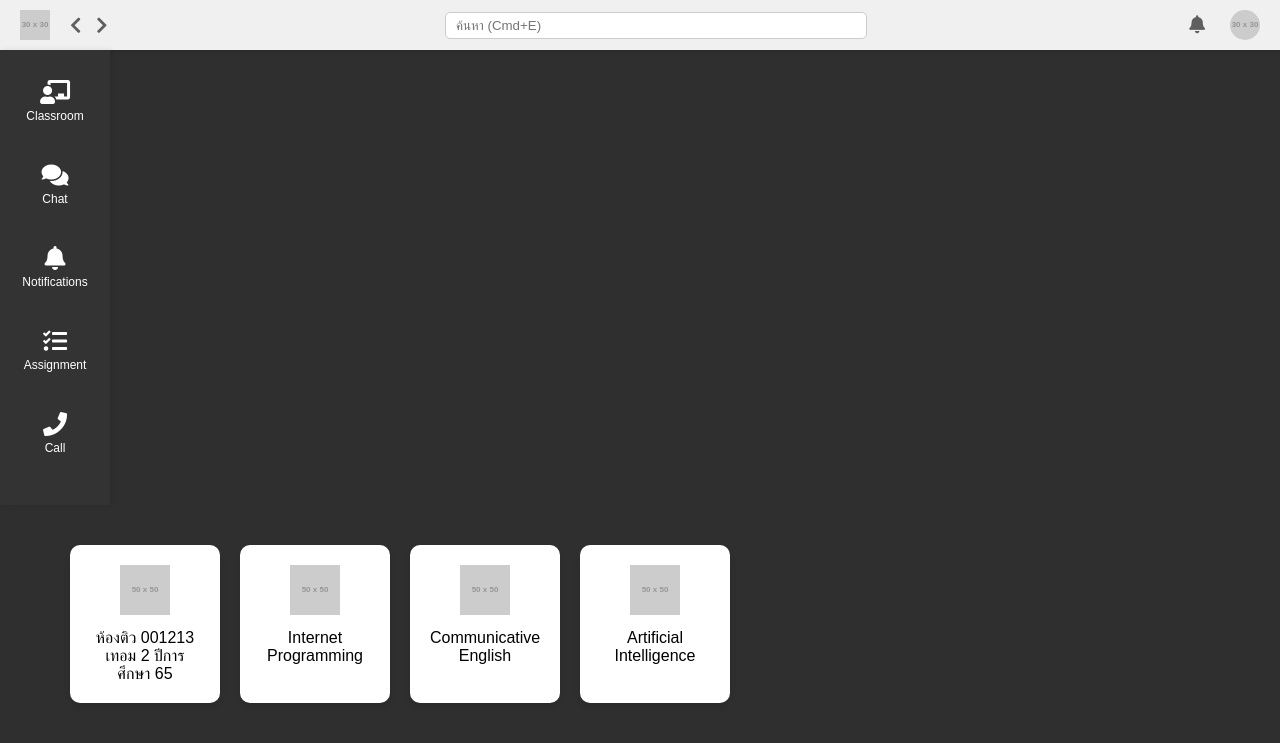
Repository: praifas16/ProPro
Page: docs/studenthead.html
The author's editor kept a copy of each file at every save. The page is drawn from the files as they stood at one save, then again after the next save.
The browser window is 1280 px wide. The pictures show the whole page.

Above is the page before, as saved 2024-08-21 20:31:54.

### docs/studenthead.html
<!DOCTYPE html>
<html lang="th">
  <head>
    <link rel="stylesheet" href="https://cdnjs.cloudflare.com/ajax/libs/font-awesome/5.15.4/css/all.min.css">
    <meta charset="UTF-8" />
    <meta name="viewport" content="width=device-width, initial-scale=1.0" />
    <title>My Dashboard</title>
    <style>
      body {
        font-family: Arial, sans-serif;
        margin: 0;
        padding: 0;
        background-color: #2f2f2f;
        display: flex;
        flex-direction: column;
        height: 100vh;
      }

      /* แถบเมนูด้านบน */
      .topbar {
        background-color: #f0f0f0;
        padding: 10px 20px;
        display: flex;
        align-items: center;
        justify-content: space-between;
        box-shadow: 0px 2px 4px rgba(0, 0, 0, 0.1);
      }

      .topbar .left-section {
        display: flex;
        align-items: center;
      }

      .topbar .left-section .logo {
        display: flex;
        align-items: center;
        margin-right: 20px;
      }

      .topbar .left-section .logo img {
        width: 30px;
        height: 30px;
      }

      .topbar .left-section .navigation {
        display: flex;
        align-items: center;
      }

      .topbar .left-section .navigation i {
        font-size: 18px;
        color: #5f5f5f;
        margin-right: 15px;
        cursor: pointer;
      }

      .topbar .search-bar {
        flex-grow: 1;
        display: flex;
        justify-content: center;
      }

      .topbar .search-bar input {
        width: 400px;
        padding: 5px 10px;
        border-radius: 5px;
        border: 1px solid #ccc;
        background-color: #fff;
        color: #333;
      }

      .topbar .user-section {
        display: flex;
        align-items: center;
      }

      .topbar .user-section img {
        width: 30px;
        height: 30px;
        border-radius: 50%;
        margin-left: 10px;
      }

      .topbar .user-section .notification {
        margin-right: 15px;
        position: relative;
        font-size: 18px;
        color: #5f5f5f;
        cursor: pointer;
      }

      /* เมนูแถบข้าง */
      .sidebar {
        width: 70px;
        background-color: #333;
        color: white;
        height: calc(100vh - 60px); /* Adjusted to take into account the topbar height */
        padding: 20px 20px;
        box-shadow: 2px 0 5px rgba(0, 0, 0, 0.1);
        display: flex;
        flex-direction: column;
        align-items: center;
      }

      .menu-items {
        margin-top: 0px; /* เพิ่มระยะห่างด้านบน เพื่อให้ตรงกับบ็อกสี่เหลี่ยม */
      }

      .sidebar a {
        display: flex;
        flex-direction: column;
        align-items: center;
        color: white;
        padding: 10px;
        text-decoration: none;
        margin-bottom: 20px;
        font-size: 12px;
        text-align: center;
      }

      .sidebar a:hover {
        background-color: #5f5f5f;
        border-radius: 4px;
        width: 80%;
        text-align: center;
      }

      .sidebar i {
        font-size: 24px;
        margin-bottom: 5px;
      }

      /* โครงสร้างหน้าเว็บหลัก */
      .main-content {
        flex-grow: 1;
        padding: 20px 20px 20px 50px; /* เพิ่ม padding ด้านซ้ายเพื่อให้เนื้อหาหลักอยู่ในระนาบเดียวกัน */
      }

      .container {
        display: grid;
        grid-template-columns: repeat(auto-fill, minmax(150px, 1fr));
        gap: 20px;
        padding: 20px;
      }

      .card {
        background-color: #ffffff;
        border-radius: 10px;
        box-shadow: 0 4px 6px rgba(0, 0, 0, 0.1);
        text-align: center;
        padding: 20px;
        transition: transform 0.3s;
      }

      .card:hover {
        transform: scale(1.05);
      }

      .card img {
        width: 50px;
        height: 50px;
        margin-bottom: 10px;
      }

      .card p {
        margin: 0;
        font-size: 16px;
      }
    </style>
  </head>
  <body>
    <!-- แถบเมนูด้านบน -->
    <div class="topbar">
      <div class="left-section">
        <div class="logo">
          <img src="https://via.placeholder.com/30" alt="Logo" />
        </div>
        <div class="navigation">
          <i class="fas fa-chevron-left"></i>
          <i class="fas fa-chevron-right"></i>
        </div>
      </div>
      <div class="search-bar">
        <input type="text" placeholder="ค้นหา (Cmd+E)" />
      </div>
      <div class="user-section">
        <div class="notification">
          <i class="fa fa-bell"></i>
        </div>
        <img src="https://via.placeholder.com/30" alt="User Avatar" />
      </div>
    </div>

    <!-- เมนูแถบข้าง -->
    <div class="sidebar">
      <div class="menu-items">
        <a href="#"
          ><i class="fa fa-chalkboard-teacher"></i><span>Classroom</span></a
        >
        <a href="#"><i class="fa fa-comments"></i><span>Chat</span></a>
        <a href="#"><i class="fa fa-bell"></i><span>Notifications</span></a>
        <a href="#"><i class="fa fa-tasks"></i><span>Assignment</span></a>
        <a href="#"><i class="fa fa-phone"></i><span>Call</span></a>
      </div>
    </div>

    <!-- เนื้อหาหลัก -->
    <div class="main-content">
      <div class="container">
        <div class="card">
          <img src="https://via.placeholder.com/50" alt="icon" />
          <p>ห้องติว 001213 เทอม 2 ปีการศึกษา 65</p>
        </div>
        <div class="card">
          <img src="https://via.placeholder.com/50" alt="icon" />
          <p>Internet Programming</p>
        </div>
        <div class="card">
          <img src="https://via.placeholder.com/50" alt="icon" />
          <p>Communicative English</p>
        </div>
        <div class="card">
          <img src="https://via.placeholder.com/50" alt="icon" />
          <p>Artificial Intelligence</p>
        </div>
        <!-- เพิ่มเติม Card อื่น ๆ ตามต้องการ -->
      </div>
    </div>
  </body>
</html>

After the next save:
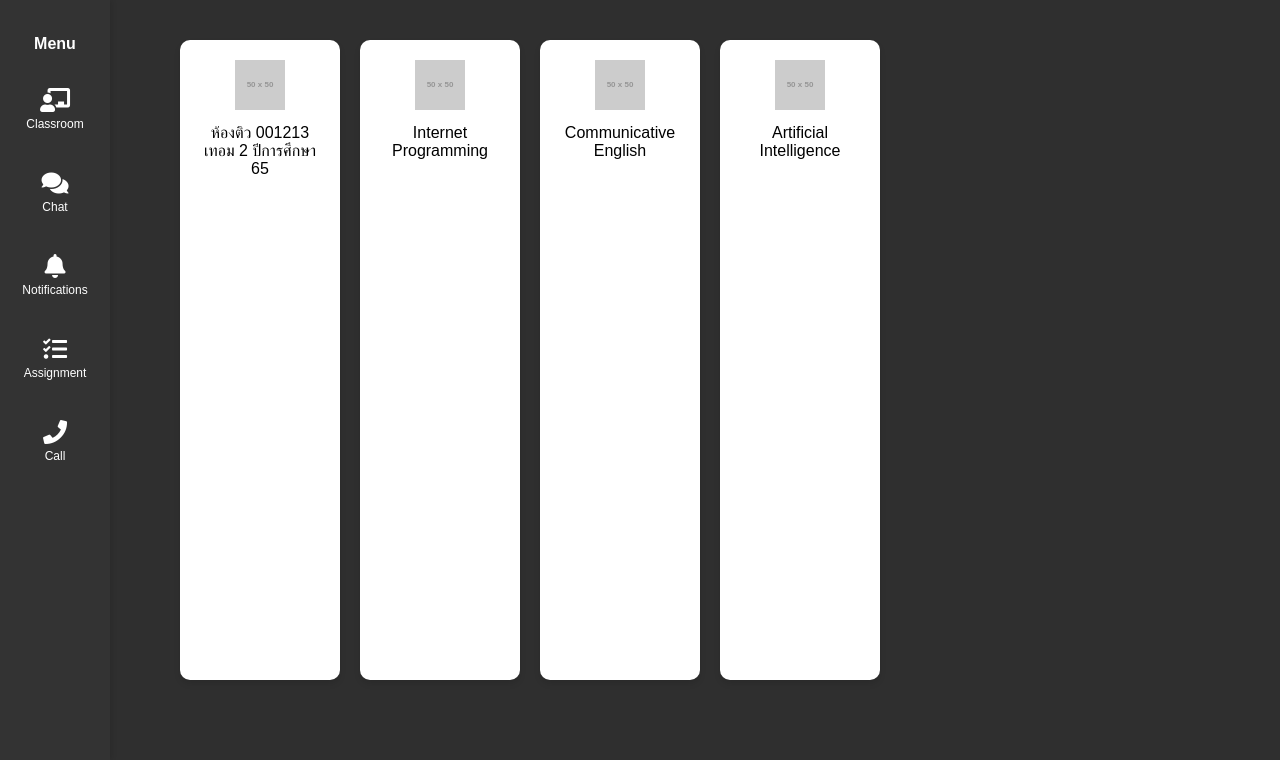
Saved 2 min 24 s later.
--- a/docs/studenthead.html
+++ b/docs/studenthead.html
@@ -12,81 +12,7 @@
         padding: 0;
         background-color: #2f2f2f;
         display: flex;
-        flex-direction: column;
         height: 100vh;
-      }
-
-      /* แถบเมนูด้านบน */
-      .topbar {
-        background-color: #f0f0f0;
-        padding: 10px 20px;
-        display: flex;
-        align-items: center;
-        justify-content: space-between;
-        box-shadow: 0px 2px 4px rgba(0, 0, 0, 0.1);
-      }
-
-      .topbar .left-section {
-        display: flex;
-        align-items: center;
-      }
-
-      .topbar .left-section .logo {
-        display: flex;
-        align-items: center;
-        margin-right: 20px;
-      }
-
-      .topbar .left-section .logo img {
-        width: 30px;
-        height: 30px;
-      }
-
-      .topbar .left-section .navigation {
-        display: flex;
-        align-items: center;
-      }
-
-      .topbar .left-section .navigation i {
-        font-size: 18px;
-        color: #5f5f5f;
-        margin-right: 15px;
-        cursor: pointer;
-      }
-
-      .topbar .search-bar {
-        flex-grow: 1;
-        display: flex;
-        justify-content: center;
-      }
-
-      .topbar .search-bar input {
-        width: 400px;
-        padding: 5px 10px;
-        border-radius: 5px;
-        border: 1px solid #ccc;
-        background-color: #fff;
-        color: #333;
-      }
-
-      .topbar .user-section {
-        display: flex;
-        align-items: center;
-      }
-
-      .topbar .user-section img {
-        width: 30px;
-        height: 30px;
-        border-radius: 50%;
-        margin-left: 10px;
-      }
-
-      .topbar .user-section .notification {
-        margin-right: 15px;
-        position: relative;
-        font-size: 18px;
-        color: #5f5f5f;
-        cursor: pointer;
       }
 
       /* เมนูแถบข้าง */
@@ -94,16 +20,24 @@
         width: 70px;
         background-color: #333;
         color: white;
-        height: calc(100vh - 60px); /* Adjusted to take into account the topbar height */
+        height: 100vh; /* ให้แถบข้างยาวถึงด้านล่าง */
         padding: 20px 20px;
         box-shadow: 2px 0 5px rgba(0, 0, 0, 0.1);
         display: flex;
         flex-direction: column;
         align-items: center;
+        justify-content: flex-start; /* เริ่มรายการเมนูจากด้านบน */
+      }
+
+      .menu-header {
+        margin-top: 15px; /* ขยับคำว่า Menu ลง */
+        margin-bottom: 25px; /* เว้นระยะห่างจากเมนูด้านล่าง */
+        font-size: 16px;
+        font-weight: bold;
       }
 
       .menu-items {
-        margin-top: 0px; /* เพิ่มระยะห่างด้านบน เพื่อให้ตรงกับบ็อกสี่เหลี่ยม */
+        flex-grow: 1; /* ให้รายการเมนูขยายเต็มที่ */
       }
 
       .sidebar a {
@@ -134,6 +68,9 @@
       .main-content {
         flex-grow: 1;
         padding: 20px 20px 20px 50px; /* เพิ่ม padding ด้านซ้ายเพื่อให้เนื้อหาหลักอยู่ในระนาบเดียวกัน */
+        display: flex;
+        flex-direction: column;
+        overflow-y: auto;
       }
 
       .container {
@@ -141,6 +78,7 @@
         grid-template-columns: repeat(auto-fill, minmax(150px, 1fr));
         gap: 20px;
         padding: 20px;
+        flex-grow: 1;
       }
 
       .card {
@@ -169,34 +107,11 @@
     </style>
   </head>
   <body>
-    <!-- แถบเมนูด้านบน -->
-    <div class="topbar">
-      <div class="left-section">
-        <div class="logo">
-          <img src="https://via.placeholder.com/30" alt="Logo" />
-        </div>
-        <div class="navigation">
-          <i class="fas fa-chevron-left"></i>
-          <i class="fas fa-chevron-right"></i>
-        </div>
-      </div>
-      <div class="search-bar">
-        <input type="text" placeholder="ค้นหา (Cmd+E)" />
-      </div>
-      <div class="user-section">
-        <div class="notification">
-          <i class="fa fa-bell"></i>
-        </div>
-        <img src="https://via.placeholder.com/30" alt="User Avatar" />
-      </div>
-    </div>
-
     <!-- เมนูแถบข้าง -->
     <div class="sidebar">
+      <div class="menu-header">Menu</div>
       <div class="menu-items">
-        <a href="#"
-          ><i class="fa fa-chalkboard-teacher"></i><span>Classroom</span></a
-        >
+        <a href="#"><i class="fa fa-chalkboard-teacher"></i><span>Classroom</span></a>
         <a href="#"><i class="fa fa-comments"></i><span>Chat</span></a>
         <a href="#"><i class="fa fa-bell"></i><span>Notifications</span></a>
         <a href="#"><i class="fa fa-tasks"></i><span>Assignment</span></a>

After the save that followed:
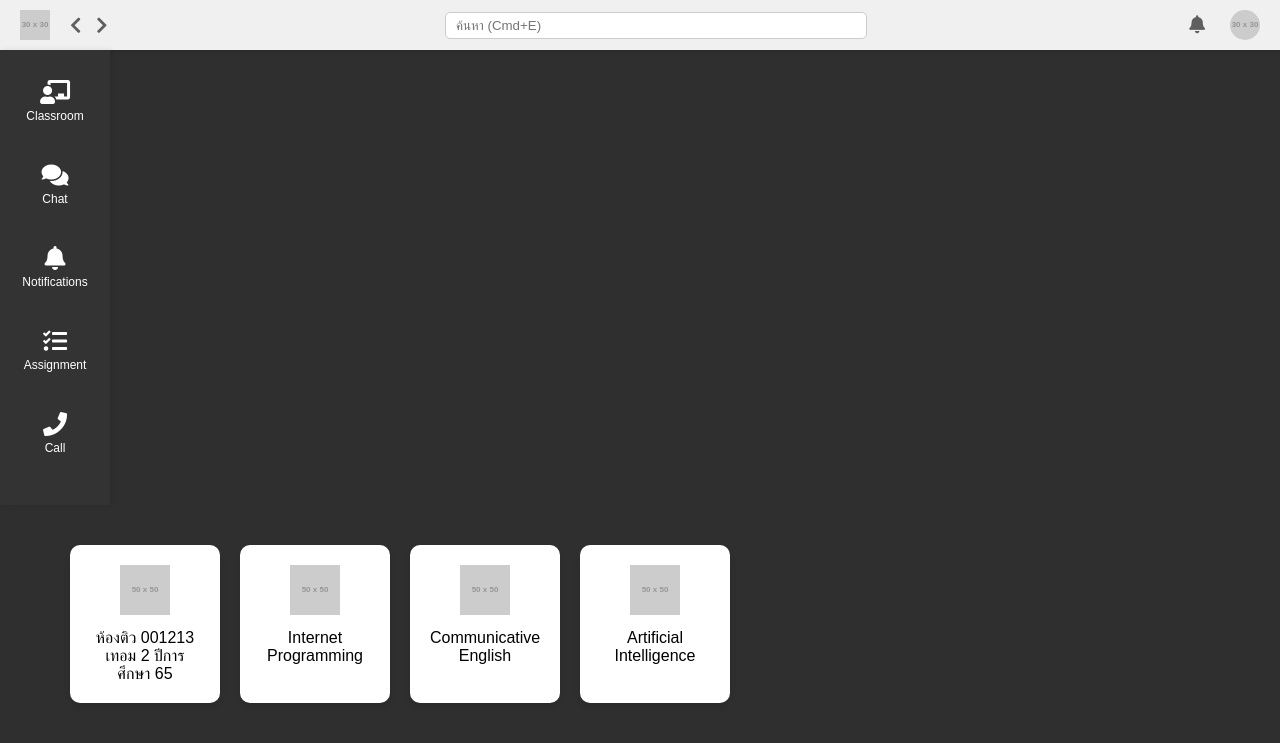
Saved 15 s later.
--- a/docs/studenthead.html
+++ b/docs/studenthead.html
@@ -12,7 +12,81 @@
         padding: 0;
         background-color: #2f2f2f;
         display: flex;
+        flex-direction: column;
         height: 100vh;
+      }
+
+      /* แถบเมนูด้านบน */
+      .topbar {
+        background-color: #f0f0f0;
+        padding: 10px 20px;
+        display: flex;
+        align-items: center;
+        justify-content: space-between;
+        box-shadow: 0px 2px 4px rgba(0, 0, 0, 0.1);
+      }
+
+      .topbar .left-section {
+        display: flex;
+        align-items: center;
+      }
+
+      .topbar .left-section .logo {
+        display: flex;
+        align-items: center;
+        margin-right: 20px;
+      }
+
+      .topbar .left-section .logo img {
+        width: 30px;
+        height: 30px;
+      }
+
+      .topbar .left-section .navigation {
+        display: flex;
+        align-items: center;
+      }
+
+      .topbar .left-section .navigation i {
+        font-size: 18px;
+        color: #5f5f5f;
+        margin-right: 15px;
+        cursor: pointer;
+      }
+
+      .topbar .search-bar {
+        flex-grow: 1;
+        display: flex;
+        justify-content: center;
+      }
+
+      .topbar .search-bar input {
+        width: 400px;
+        padding: 5px 10px;
+        border-radius: 5px;
+        border: 1px solid #ccc;
+        background-color: #fff;
+        color: #333;
+      }
+
+      .topbar .user-section {
+        display: flex;
+        align-items: center;
+      }
+
+      .topbar .user-section img {
+        width: 30px;
+        height: 30px;
+        border-radius: 50%;
+        margin-left: 10px;
+      }
+
+      .topbar .user-section .notification {
+        margin-right: 15px;
+        position: relative;
+        font-size: 18px;
+        color: #5f5f5f;
+        cursor: pointer;
       }
 
       /* เมนูแถบข้าง */
@@ -20,24 +94,16 @@
         width: 70px;
         background-color: #333;
         color: white;
-        height: 100vh; /* ให้แถบข้างยาวถึงด้านล่าง */
+        height: calc(100vh - 60px); /* Adjusted to take into account the topbar height */
         padding: 20px 20px;
         box-shadow: 2px 0 5px rgba(0, 0, 0, 0.1);
         display: flex;
         flex-direction: column;
         align-items: center;
-        justify-content: flex-start; /* เริ่มรายการเมนูจากด้านบน */
-      }
-
-      .menu-header {
-        margin-top: 15px; /* ขยับคำว่า Menu ลง */
-        margin-bottom: 25px; /* เว้นระยะห่างจากเมนูด้านล่าง */
-        font-size: 16px;
-        font-weight: bold;
       }
 
       .menu-items {
-        flex-grow: 1; /* ให้รายการเมนูขยายเต็มที่ */
+        margin-top: 0px; /* เพิ่มระยะห่างด้านบน เพื่อให้ตรงกับบ็อกสี่เหลี่ยม */
       }
 
       .sidebar a {
@@ -68,9 +134,6 @@
       .main-content {
         flex-grow: 1;
         padding: 20px 20px 20px 50px; /* เพิ่ม padding ด้านซ้ายเพื่อให้เนื้อหาหลักอยู่ในระนาบเดียวกัน */
-        display: flex;
-        flex-direction: column;
-        overflow-y: auto;
       }
 
       .container {
@@ -78,7 +141,6 @@
         grid-template-columns: repeat(auto-fill, minmax(150px, 1fr));
         gap: 20px;
         padding: 20px;
-        flex-grow: 1;
       }
 
       .card {
@@ -107,11 +169,34 @@
     </style>
   </head>
   <body>
+    <!-- แถบเมนูด้านบน -->
+    <div class="topbar">
+      <div class="left-section">
+        <div class="logo">
+          <img src="https://via.placeholder.com/30" alt="Logo" />
+        </div>
+        <div class="navigation">
+          <i class="fas fa-chevron-left"></i>
+          <i class="fas fa-chevron-right"></i>
+        </div>
+      </div>
+      <div class="search-bar">
+        <input type="text" placeholder="ค้นหา (Cmd+E)" />
+      </div>
+      <div class="user-section">
+        <div class="notification">
+          <i class="fa fa-bell"></i>
+        </div>
+        <img src="https://via.placeholder.com/30" alt="User Avatar" />
+      </div>
+    </div>
+
     <!-- เมนูแถบข้าง -->
     <div class="sidebar">
-      <div class="menu-header">Menu</div>
       <div class="menu-items">
-        <a href="#"><i class="fa fa-chalkboard-teacher"></i><span>Classroom</span></a>
+        <a href="#"
+          ><i class="fa fa-chalkboard-teacher"></i><span>Classroom</span></a
+        >
         <a href="#"><i class="fa fa-comments"></i><span>Chat</span></a>
         <a href="#"><i class="fa fa-bell"></i><span>Notifications</span></a>
         <a href="#"><i class="fa fa-tasks"></i><span>Assignment</span></a>
